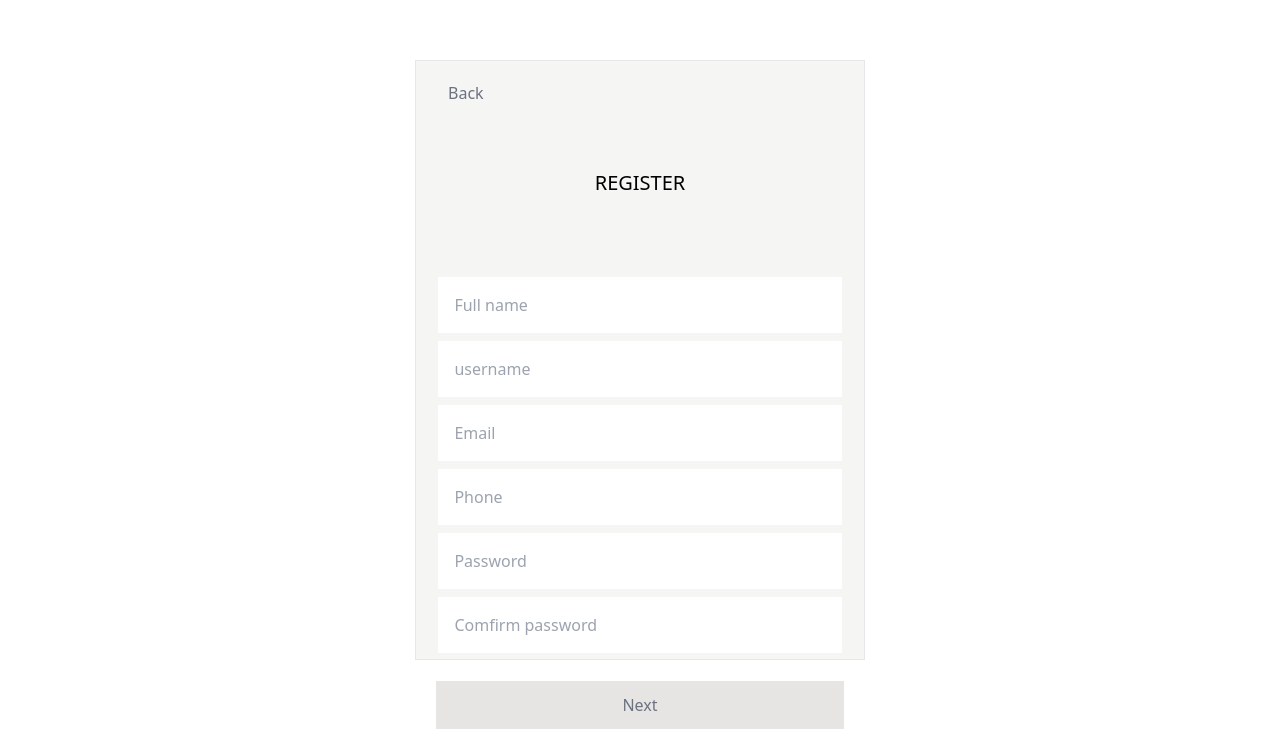
Repository: hsumyatm7308/oop-loginregister-php
Page: login.html
The author's editor kept a copy of each file at every save. The page is drawn from the files as they stood at one save, then again after the next save.
The browser window is 1280 px wide. The pictures show the whole page.
Some web libraries are served in a nearby version.

Above is the page before, as saved 2023-08-01 15:07:07.

After the next save:
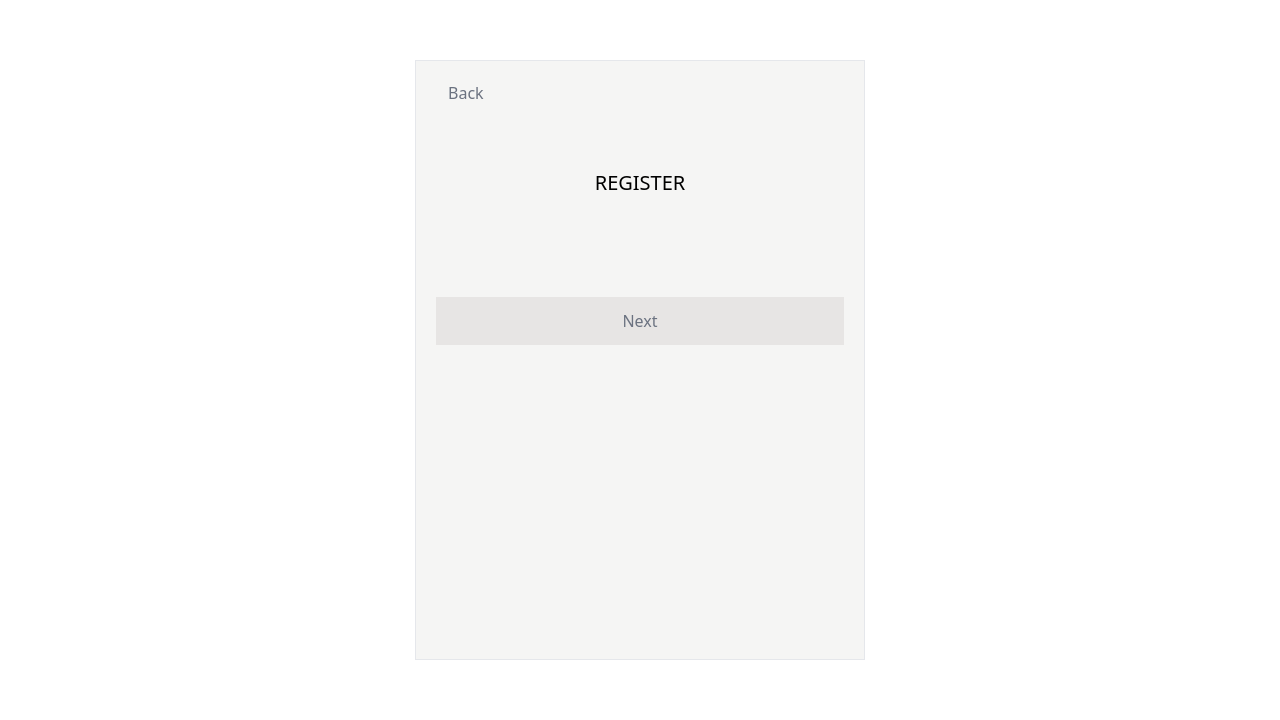
Saved 11 s later.
--- a/login.html
+++ b/login.html
@@ -6,7 +6,9 @@
 
     <script src="https://cdn.tailwindcss.com"></script>
     <style>
-
+       form .page{
+        display: none;
+       }
     </style>
 
 </head>
